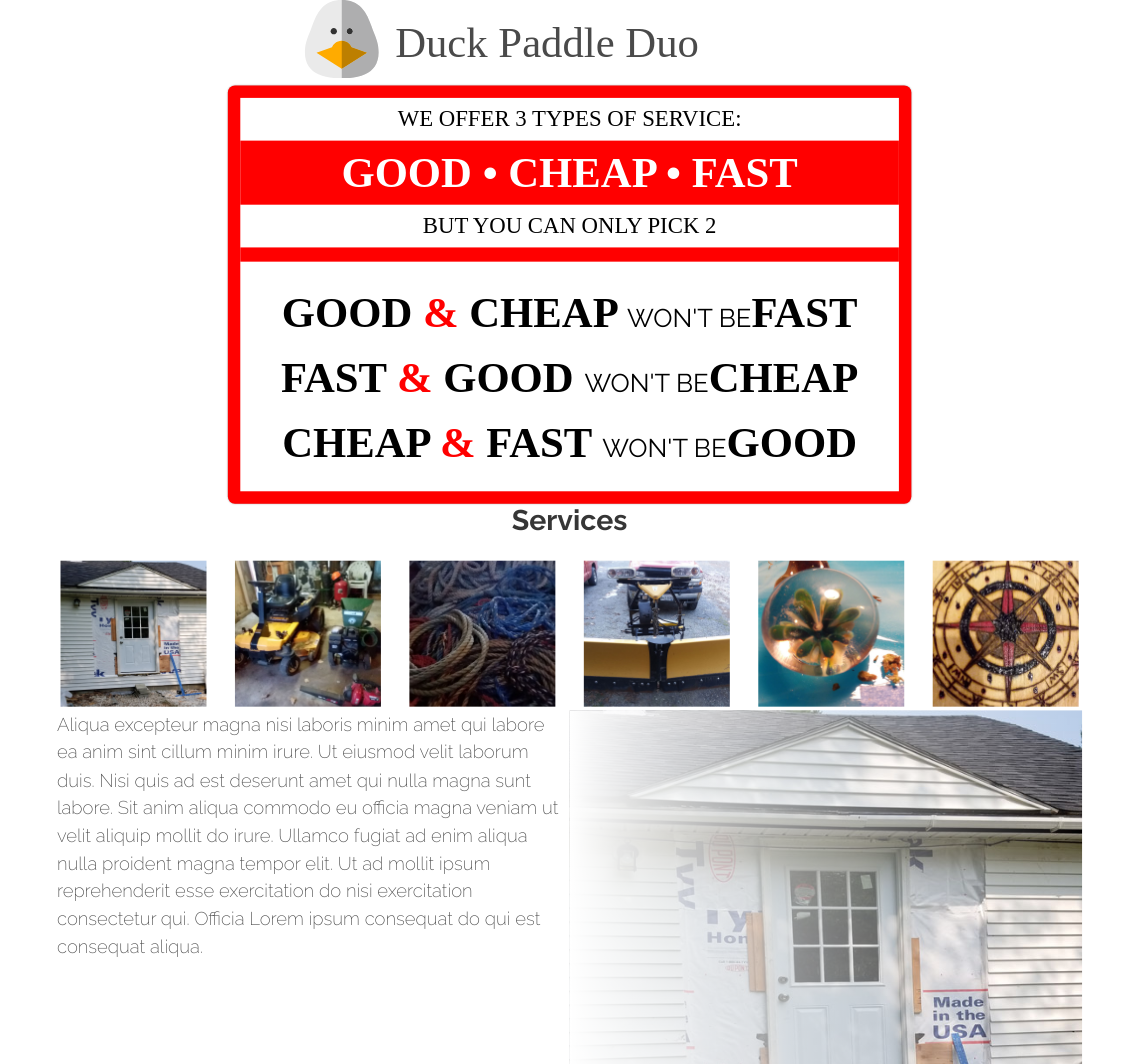
Repository: toddmcbrearty/duckpaddleduo
Page: /
These files come from the project's save history. The page is drawn as it stood at one moment and after the next save; the edit follows.
The browser window is 1280 px wide. The pictures show the whole page, at 89% of full size.
Some web fonts or font styles are not loaded; a fallback is used. The project was rebuilt for these pictures with package versions that can differ from the ones it lists, and the page was loaded fresh each time.

Above is the page before, as saved 2018-12-12 10:23:17.

### index.html
<!DOCTYPE html>
<html>
  <head>
    <meta charset="utf-8">
    <meta name="viewport" content="width=device-width,initial-scale=1.0">
    <title>duckpaddleduo</title>
  </head>
  <body>
    <div id="app"></div>
    <!-- built files will be auto injected -->
  </body>
</html>

### src/App.vue
<template>
  <div>
    <logo/>
    <call-board class="container"/>
    <services class="container"/>
    <hero-section class="container" section="construction"/>
  </div>
</template>

<script>
import CallBoard from "./components/CallBoard";
import Logo from "./components/Logo";
import Services from "./components/Services";
import HeroSection from "./components/HeroSection";

export default {
  name: "App",

  components: { CallBoard, Logo, Services, HeroSection }
};
</script>

<style lang="scss">
@import "./assets/scss/bootstrap.scss";

.hero-items {
  display: flex;
  flex-direction: column;
}
</style>

### src/router/index.js
import Vue from 'vue';
import Router from 'vue-router';
import Services from '@/components/Services';

Vue.use(Router);

export default new Router({
  routes: [
    {
      path: '/',
      name: 'Services',
      component: Services,
    },
  ],
});

### src/assets/scss/bootstrap.scss
@import './variables';
@import 'bulma/bulma.sass';
@import url('https://fonts.googleapis.com/css?family=Condiment|Delius+Unicase:400,700|Raleway:200,300,400,700|Source+Sans+Pro:300,400,700');

@mixin font-condiment {
  font-family: 'Condiment', cursive;
}

@mixin font-delius {
  font-family: 'Delius Unicase', cursive;
}

@mixin font-source-sans {
  font-family: 'Source Sans Pro', sans-serif;
}

@mixin raleway {
  font-family: 'raleway', sans-serif;
}

.raleway {
  @include raleway;
}

.font-condiment {
  @include font-condiment;
}

.font-delius {
  @include font-delius;
}

.font-source-sans {
  @include font-source-sans;
}

body {
  @include raleway;
  font-size: 300;
}

### src/assets/scss/_variables.scss
// SASS style sheet */
// Palette color codes */
// Palette URL: http://paletton.com/#uid=7000u0kwi++bu++hX++++rd++kX */

// Feel free to copy&paste color codes to your application */

// As hex codes */

$primary-0: #ff0000; // Main Primary color */
$color-primary-1: #ffa4a4;
$primary: #ff7070;
$color-primary-3: #d90000;
$color-primary-4: #a70000;

$warning: #ff7400; // Main Secondary color (1) */
$color-secondary-1-1: #ffcda4;
$color-secondary-1-2: #ffb170;
$color-secondary-1-3: #d96200;
$color-secondary-1-4: #a74c00;

$link: #00ffff; // Main Secondary color (2) */
$color-secondary-2-1: #a4ffff;
$color-secondary-2-2: #70ffff;
$color-secondary-2-3: #008282;
$color-secondary-2-4: #006464;

$success: #00ff00; // Main Complement color */
$color-complement-1: #a4ffa4;
$color-complement-2: #70ff70;
$color-complement-3: #00ad00;
$color-complement-4: #008500;

// As RGBa codes */

$rgba-primary-0: rgba(255, 0, 0, 1); // Main Primary color */
$rgba-primary-1: rgba(255, 164, 164, 1);
$rgba-primary-2: rgba(255, 112, 112, 1);
$rgba-primary-3: rgba(217, 0, 0, 1);
$rgba-primary-4: rgba(167, 0, 0, 1);

$rgba-secondary-1-0: rgba(255, 116, 0, 1); // Main Secondary color (1) */
$rgba-secondary-1-1: rgba(255, 205, 164, 1);
$rgba-secondary-1-2: rgba(255, 177, 112, 1);
$rgba-secondary-1-3: rgba(217, 98, 0, 1);
$rgba-secondary-1-4: rgba(167, 76, 0, 1);

$rgba-secondary-2-0: rgba(0, 255, 255, 1); // Main Secondary color (2) */
$rgba-secondary-2-1: rgba(164, 255, 255, 1);
$rgba-secondary-2-2: rgba(112, 255, 255, 1);
$rgba-secondary-2-3: rgba(0, 130, 130, 1);
$rgba-secondary-2-4: rgba(0, 100, 100, 1);

$rgba-complement-0: rgba(0, 255, 0, 1); // Main Complement color */
$rgba-complement-1: rgba(164, 255, 164, 1);
$rgba-complement-2: rgba(112, 255, 112, 1);
$rgba-complement-3: rgba(0, 173, 0, 1);
$rgba-complement-4: rgba(0, 133, 0, 1);

// Generated by Paletton.com © 2002-2014 */
// http://paletton.com */

### src/components/CallBoard.vue
<template>
  <div class="call-board is-flex" :class="pos">
    <div class="board">
      <div class="content">
        <div class="top has-text-centered">
          <div class="call-title">We offer 3 types of service:</div>
          <div class="g-c-f font-delius">GOOD • CHEAP • FAST</div>
          <div class="call-title">But you can only pick 2</div>
        </div>
        <div class="call-tag">
          <div class="has-text-centered">
            <span class="call">
              Good
              <span class="amper"></span> Cheap
            </span>
            <span class="to">won't be</span>
            <span class="action">Fast</span>
          </div>
          <div class="has-text-centered">
            <span class="call">
              Fast
              <span class="amper"></span> Good
            </span>
            <span class="to">won't be</span>
            <span class="action">Cheap</span>
          </div>
          <div class="has-text-centered">
            <span class="call">
              Cheap
              <span class="amper"></span> Fast
            </span>
            <span class="to">won't be</span>
            <span class="action">Good</span>
          </div>
        </div>
      </div>
    </div>
  </div>
</template>

<script>
export default {
  name: "CallBoard",

  props: {
    position: {
      default: "centered"
    }
  },

  data() {
    return {
      pos: ""
    };
  },

  created() {
    this.pos = this.position;
  }
};
</script>

<style lang="scss" >
@import "../assets/scss/bootstrap.scss";

.call-board {
  justify-content: flex-start;

  &.right {
    justify-content: flex-end !important;
  }
  &.centered {
    justify-content: center !important;
  }
  color: black;

  .board {
    box-shadow: 0 0 2px rgb(160, 160, 160);
    border-radius: 8px;
    width: 16em;
    background: red;
    border-radius: 8px;
    padding: 0.3em;
    text-transform: uppercase;
    font-size: 3em;
    border: 3px white;

    .call-title {
      @include font-delius;
      font-size: 1.6rem;
      padding: 0.3rem 0;
    }

    .call-tag {
      padding: 1.2rem 0;
      border-top: 1rem solid red;
    }

    .content {
      background: white;
    }

    .g-c-f {
      font-weight: 700;
      background: red;
      color: white;
    }

    .call,
    .action {
      @include font-delius;
      font-weight: 700;
    }

    .to {
      font-size: 0.6em;
    }

    .amper {
      &::after {
        content: "&";
        color: red;
      }
    }
  }
}
</style>

### src/components/Logo.vue
<template>
  <div class="logo is-flex" :class="pos">
    <span class="title-container is-flex">
      <figure class="logo-image">
        <img src="../assets/images/duck-head.svg" class="logo-image">
      </figure>
      <span class="logo-title">Duck Paddle Duo</span>
    </span>
  </div>
</template>

<script>
export default {
  name: "Logo",

  props: {
    position: {
      default: "centered"
    }
  },

  data() {
    return {
      pos: ""
    };
  },

  created() {
    this.pos = this.position;
  }
};
</script>

<style lang="scss" scoped>
@import "../assets/scss/bootstrap.scss";

.logo {
  justify-content: flex-start;

  &.right {
    justify-content: flex-end !important;
  }
  &.centered {
    justify-content: center !important;
  }
  .title-container {
    flex: 0 0 600px;
    $img-size: 6em;
    $gap: 0.5em;
    align-content: center;

    .logo-image {
      margin-right: $gap;
    }

    .logo-title {
      align-content: center;

      @include font-delius;
      font-size: 3rem;
      letter-spacing: normal;
      margin-bottom: 0;
      padding-bottom: 0;
    }

    figure {
      width: $img-size;
      height: $img-size;
    }
  }
}
</style>

### src/components/Services.vue
<template>
  <section class="is-flex service-container">
    <div class="title has-text-centered">Services</div>
    <div class="columns services">
      <div class="is-2 service" v-for="service in services" :key="service.name">
        <figure class="image is-square">
          <figcaption v-text="service.name"></figcaption>
          <img class :src="`../../static/images/services/${service.image}`">
        </figure>
      </div>
    </div>
  </section>
</template>

<script>
import store from "../store.js";

export default {
  name: "Services",

  data() {
    return {
      services: store.services
    };
  }
};
</script>

<style lang="scss">
@import "../assets/scss/bootstrap.scss";
.service-container {
  flex-direction: column;

  .title {
    text-transform: capitalize;
  }

  .services {
    justify-content: center;

    .service {
      $image-size: 164px;

      padding: 1em;

      .image {
        width: $image-size;
        height: $image-size;

        figcaption {
          text-align: center;
          text-transform: capitalize;
          padding: 0.3em 0;
        }
      }
    }
  }
}
</style>

### src/components/HeroSection.vue
<template>
  <div class="hero-section is-flex" :class="{'reversed': isReversed}">
    <div class="text" v-html="getText"></div>
    <div class="image-container">
      <div class="image-overlay"></div>
      <figure class="image">
        <img :src="getImage">
      </figure>
    </div>
  </div>
</template>

<script>
import store from "../store.js";

export default {
  name: "HeroSection",

  props: ["section", "reversed"],

  data() {
    return {
      services: store.services,
      isReversed: false
    };
  },

  computed: {
    getText() {
      const service = this.services.filter(
        service => service.name === this.section
      );

      return service[0].description;
    },
    getImage() {
      const service = this.services.filter(
        service => service.name === this.section
      );

      return `../../static/images/services/${service[0].image}`;
    }
  }
};
</script>

<style lang="scss" scoped>
.hero-section {
  height: 400px;

  .text {
    background: white;
    flex: 0 0 50%;
    font-size: 1.3rem;
    font-weight: 200;
  }

  .image-container {
    position: relative;

    .image-overlay {
      position: absolute;
      left: 0;
      top: 0;
      width: 100%;
      height: 100%;
      background-image: linear-gradient(to left, transparent, white);
      z-index: 2;
    }

    .image {
      z-index: 1;
      flex: 0 0 50%;
      width: 100%;
      height: 100%;
      overflow: hidden;

      $angle: -10deg;

      img {
        width: 100%;
        height: auto;
      }
    }
  }
}
.reversed {
  flex-direction: row-reverse;
}
</style>

### src/store.js
const store = {
  company: {
    logo: 'duck-head.svg',
    tag: 'We can do anything!',
    name: 'Duck Puddle Duo',
    abbr: 'DPD',
    address: '52 Duck Puddle RD',
    city: 'Nobleboro',
    state: 'ME',
    postalcode: '04555',
    phoneNumbers: ['207 624 1147', '207 624 1847'],
    email: {
      primary: 'duckpuddleduo@gmail.com',
    },
  },
  services: [
    {
      name: 'construction',
      image: 'construction.jpg',
      description:
        'Aliqua excepteur magna nisi laboris minim amet qui labore ea anim sint cillum minim irure. Ut eiusmod velit laborum duis. Nisi quis ad est deserunt amet qui nulla magna sunt labore. Sit anim aliqua commodo eu officia magna veniam ut velit aliquip mollit do irure. Ullamco fugiat ad enim aliqua nulla proident magna tempor elit. Ut ad mollit ipsum reprehenderit esse exercitation do nisi exercitation consectetur qui. Officia Lorem ipsum consequat do qui est consequat aliqua.',
      breakdown: [
        'Custom Carpentry',
        'Masonry',
        'Roofing',
        'Decks',
        'Remodeling',
        'Plumbing',
        'Honey-do list',
      ],
    },
    {
      name: 'mechanical',
      image: 'mechanical.jpg',
      description:
        'Nulla ea aliqua ea id dolor dolor Lorem. Consectetur ullamco aliqua excepteur in pariatur id pariatur eu. Sunt elit id minim ad incididunt consectetur excepteur aute minim Lorem proident. Voluptate eu ex aliquip eiusmod dolor laborum amet laborum enim anim aliqua nulla magna.',
      breakdown: [
        'Service and repair of snowblowers',
        'generators',
        'log splitters',
        'weed wackers',
        'lawnmowers',
        'tractors',
        'heavy equipment and more. We also offer fabrication welding',
      ],
    },
    {
      name: 'rope/sewing',
      image: 'rope.jpg',
      description:
        'Dolor qui officia culpa magna consequat veniam duis culpa labore magna aliqua do tempor non. Esse commodo pariatur sunt reprehenderit ipsum non. Irure non mollit proident nulla tempor fugiat velit culpa.',
      breakdown: ['Custom Fyke nets', 'lobster rope doormats'],
    },
    {
      name: 'property management',
      image: 'property-management.jpg',
      description:
        'Pariatur aliquip do aliquip reprehenderit consequat proident elit in. Laboris commodo elit consectetur culpa esse enim ea non fugiat id eu aute ipsum commodo. Proident laboris incididunt veniam adipisicing duis ex.',
    },
    {
      name: 'glass',
      image: 'glass.jpg',
      description:
        'Nulla ullamco eiusmod cupidatat dolor ex ea. Consequat pariatur laborum velit nulla ad et sunt nulla aliquip. In officia qui culpa enim reprehenderit et ipsum excepteur minim sint sint. Tempor exercitation do dolore aliqua qui anim laborum magna.',
      breakdown: [
        'Lampwork-handmade beads',
        'pendants',
        'wine stoppers',
        'ornaments',
        'cremation pendants',
        'window hangers and more. If you can dream it',
        'we can make it… Stained Glass- custom designs made to order',
      ],
    },
    {
      name: 'woodburning',
      image: 'wood-burning.jpg',
      description:
        'Ex minim adipisicing laborum culpa est. Lorem irure qui velit officia laboris. Esse eiusmod tempor amet anim proident.',
      breakdown: ['Custom signs made to order in any shape or size.'],
    },
  ],

  employees: {
    owners: ['Lawrence Friend Jr.', 'Emerald Friend'],
  },
};

export default store;

Loaded but not shown: src/main.js (common file)

After the next save:
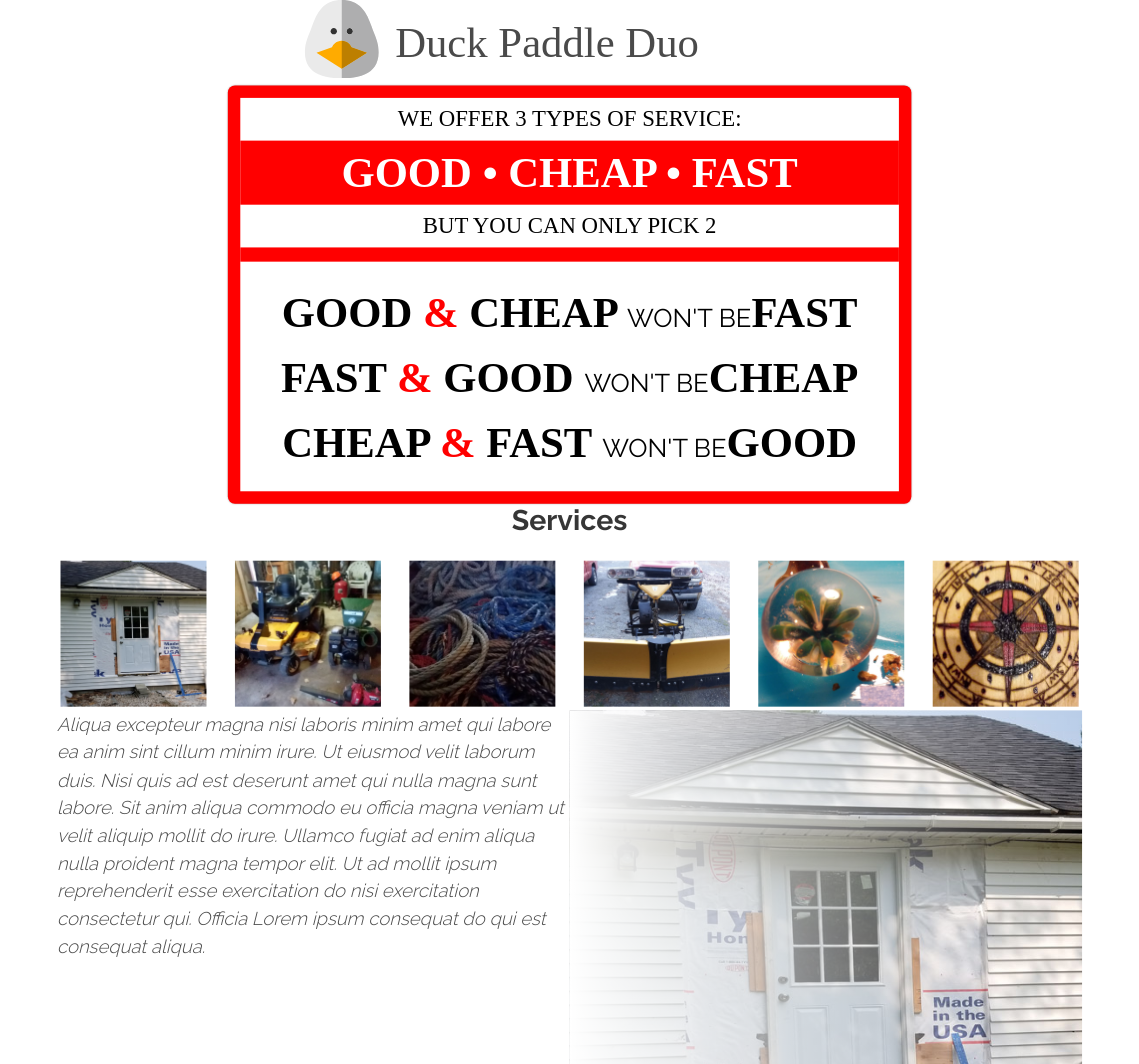
Saved 23 s later.
--- a/src/components/HeroSection.vue
+++ b/src/components/HeroSection.vue
@@ -52,7 +52,8 @@
     background: white;
     flex: 0 0 50%;
     font-size: 1.3rem;
-    font-weight: 200;
+    font-weight: 300;
+    font-style: italic;
   }
 
   .image-container {
